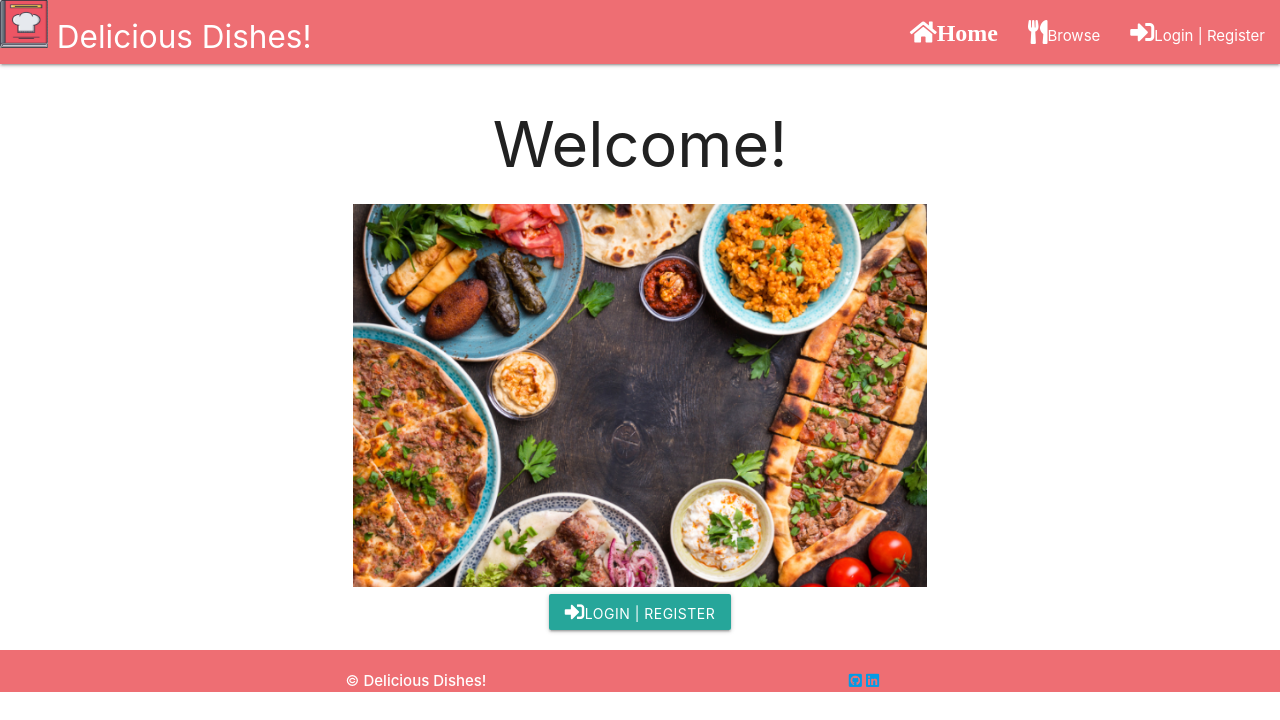
Repository: hebs87/cookbook-milestone-project-three
Page: http://localhost/
The author's editor kept a record of every edit. The page is drawn from the files as they stood at one moment, then again after the next edit.
The browser window is 1280 px wide. The pictures show the whole page.
Some web libraries are served in a nearby version. The page is served by the project's application, run on Flask 3 (app.py).

Above is the page before.

After the next edit:
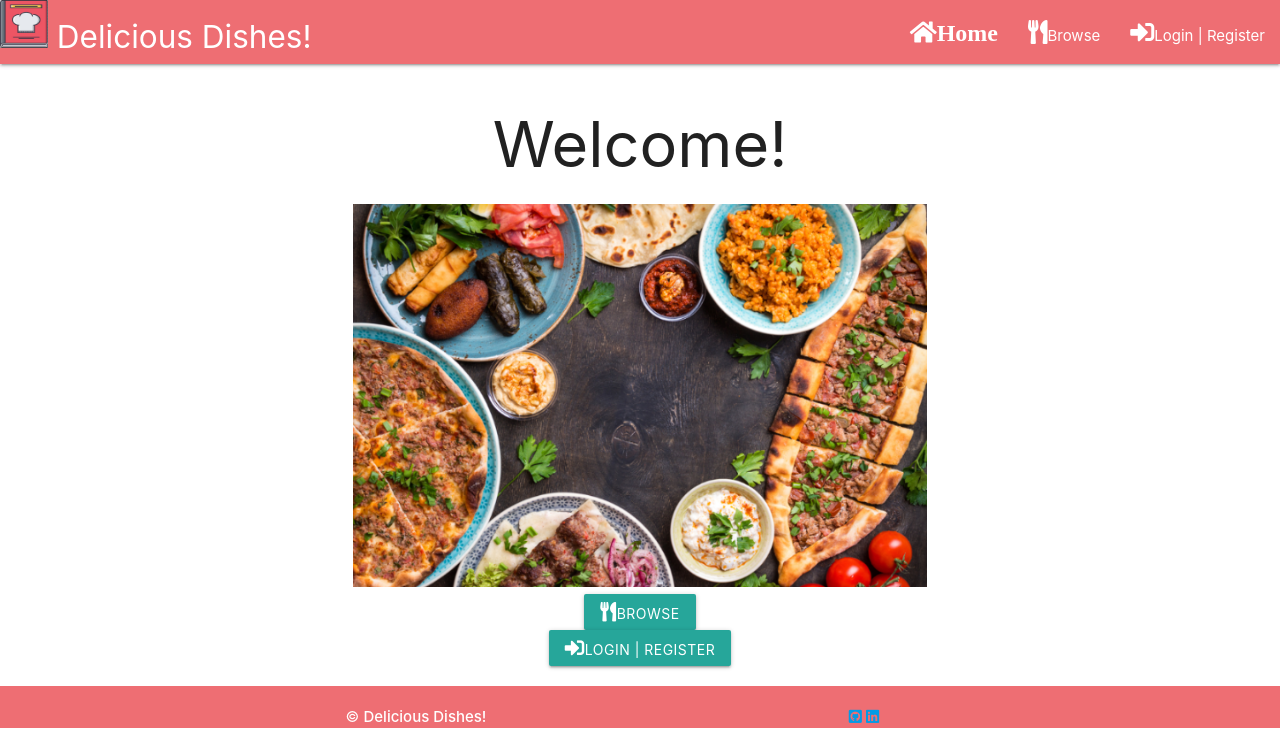
The edit:
--- a/templates/index.html
+++ b/templates/index.html
@@ -35,6 +35,11 @@
     <!--If there is no user in session-->
     {% else %}
         <div class="col s12">
+            <a href="#" class="waves-effect waves-light btn">
+                <i class="fas fa-utensils" aria-hidden="true"></i>Browse
+            </a>
+        </div>
+        <div class="col s12">
             <a href="{{ url_for('login_register') }}" class="waves-effect waves-light btn">
                 <i class="fas fa-sign-in-alt" aria-hidden="true"></i>Login | Register
             </a>
